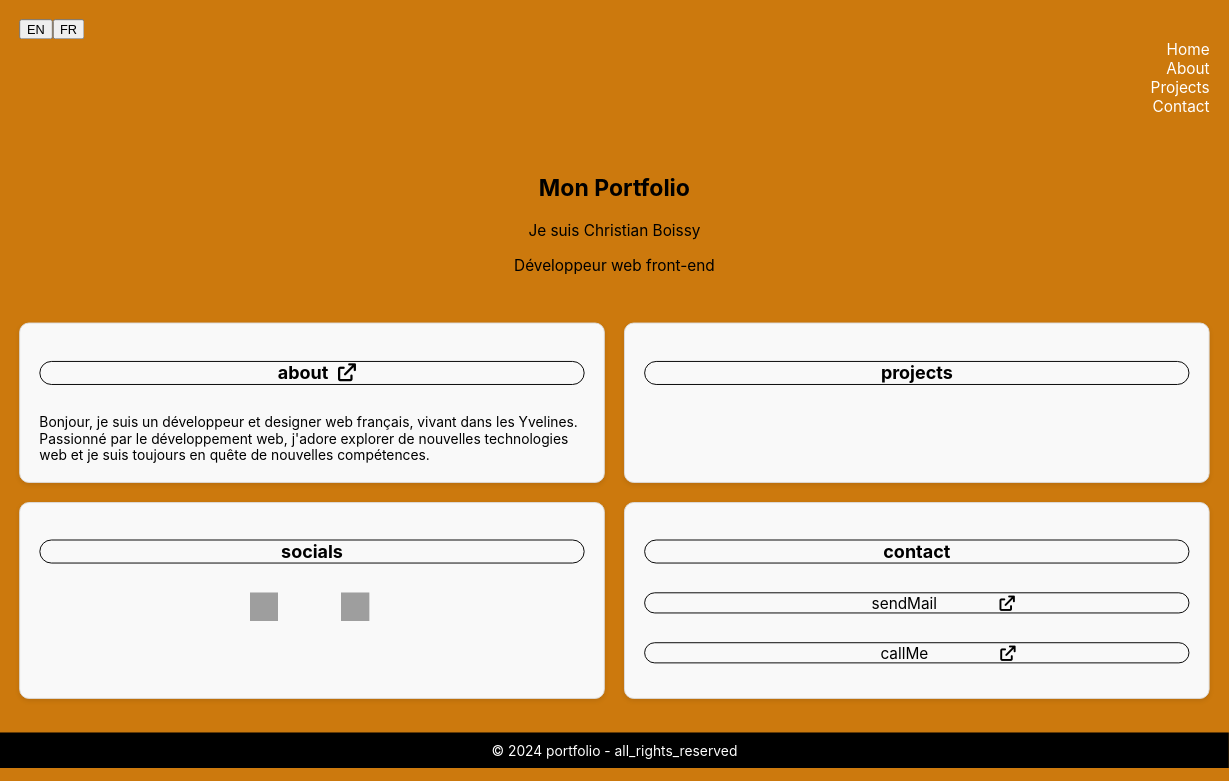
Repository: Christian121966/mon-portfolio
Page: /
The author's editor kept a copy of each file at every save. The page is drawn from the files as they stood at one save, then again after a run of saves.
The browser window is 1280 px wide. The pictures show the whole page, at 96% of full size.
Pictures or frames that could not be fetched are drawn as grey boxes. The project was rebuilt for these pictures with package versions that can differ from the ones it lists, and the page was loaded fresh each time. Also part of the build but not shown: src/pages/AboutPage/AboutPage.scss, src/pages/AboutPage/AboutPage.js, src/pages/ProjectsPage/ProjectsPage.js, src/pages/ContactPage/ContactPage.js. Imported but missing from the stored project, and not drawn on this page: src/i18next.

Above is the page before, as saved 2024-07-24 16:28:01.

After the next 2 saves:
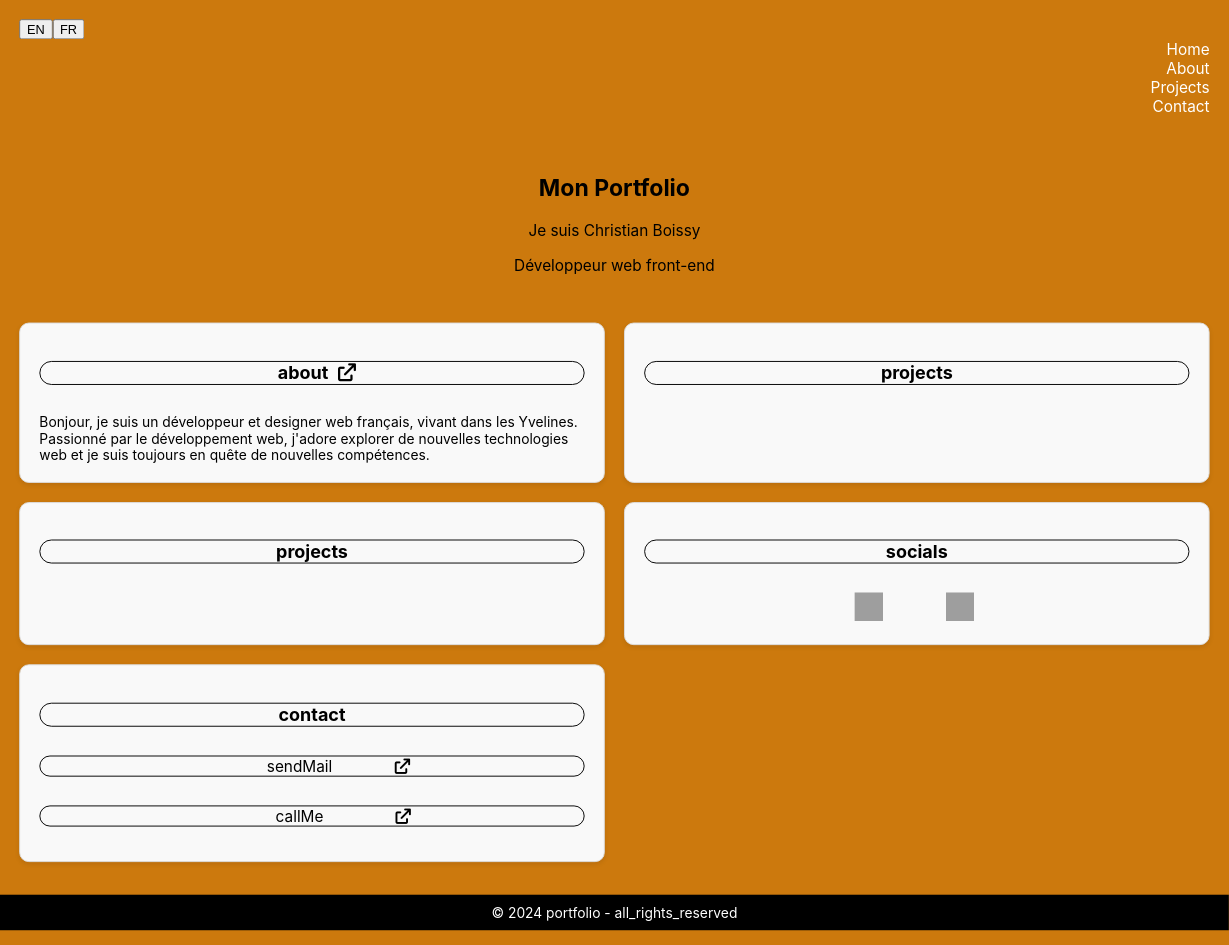
The 2 saves are shown as one change because they came seconds apart.
The last was saved 21 s later.
--- a/src/pages/HomePage/HomePage.js
+++ b/src/pages/HomePage/HomePage.js
@@ -46,6 +46,9 @@ const HomePage = () => {
           <h3>{t('projects')}</h3>
         </div>
         <div className="card">
+          <h3>{t('projects')}</h3>
+        </div>
+        <div className="card">
           <h3>{t('socials')}</h3>
           <a href="https://github.com/votre-profil" target="_blank" rel="noopener noreferrer">
             <img className='github' width="30" height="30" src="https://img.icons8.com/ios-glyphs/30/github.png" alt="github"/>
